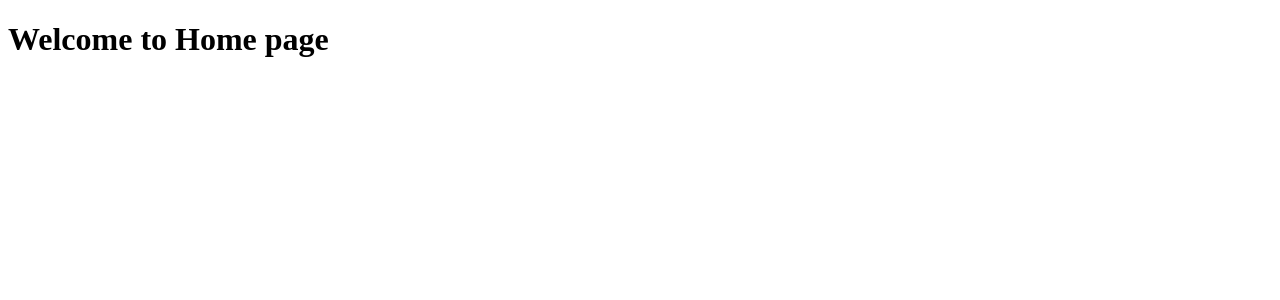
Repository: kiruriluap/COMP229-M2022-Labs
Page: http://localhost/
An editor plug-in stored every save of this project. The page is shown before and after the next save, followed by the edit.
The browser window is 1280 px wide. The pictures show the whole page.
The page is served by the project's Node server (server.js).

Above is the page before, as saved 2022-05-28 16:52:42.

After the next save:
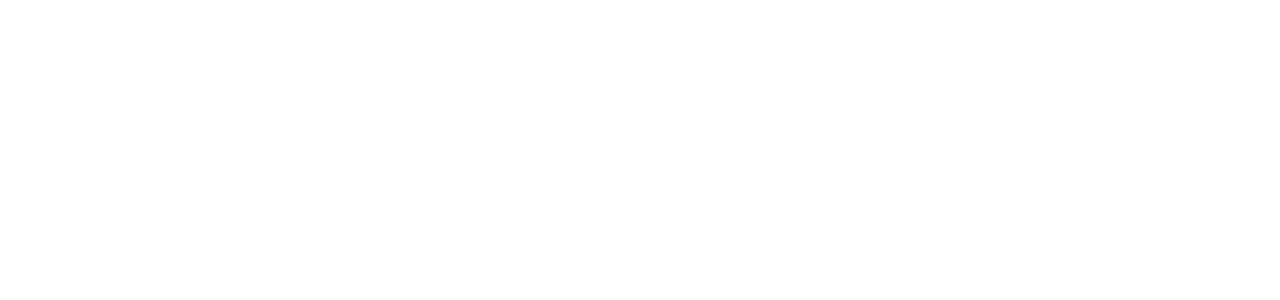
Saved 11 s later.
--- a/week3-6 Partials - Copy - Copy/views/index.ejs
+++ b/week3-6 Partials - Copy - Copy/views/index.ejs
@@ -19,9 +19,6 @@
     <link rel='stylesheet' href='/content/app.css' />
   </head>
   <body>
-    <h1>Welcome to <%= title %> page</h1>
 
-
-    <script src="/Scripts/app.js"></script>
   </body>
 </html>

After the save that followed:
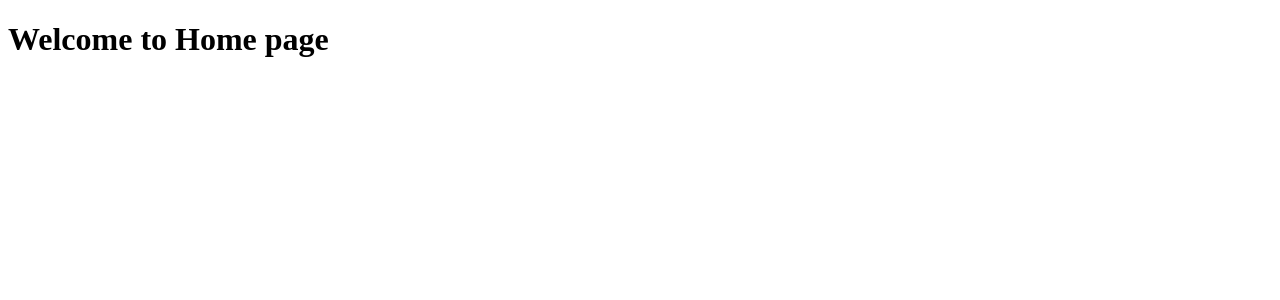
Saved 4 s later.
--- a/week3-6 Partials - Copy - Copy/views/index.ejs
+++ b/week3-6 Partials - Copy - Copy/views/index.ejs
@@ -7,6 +7,10 @@
   <title><%= title %></title>
 </head>
 <body>
+  <h1>Welcome to <%= title %> page</h1>
+
+
+    <script src="/Scripts/app.js"></script>
 
 </body>
 </html>
